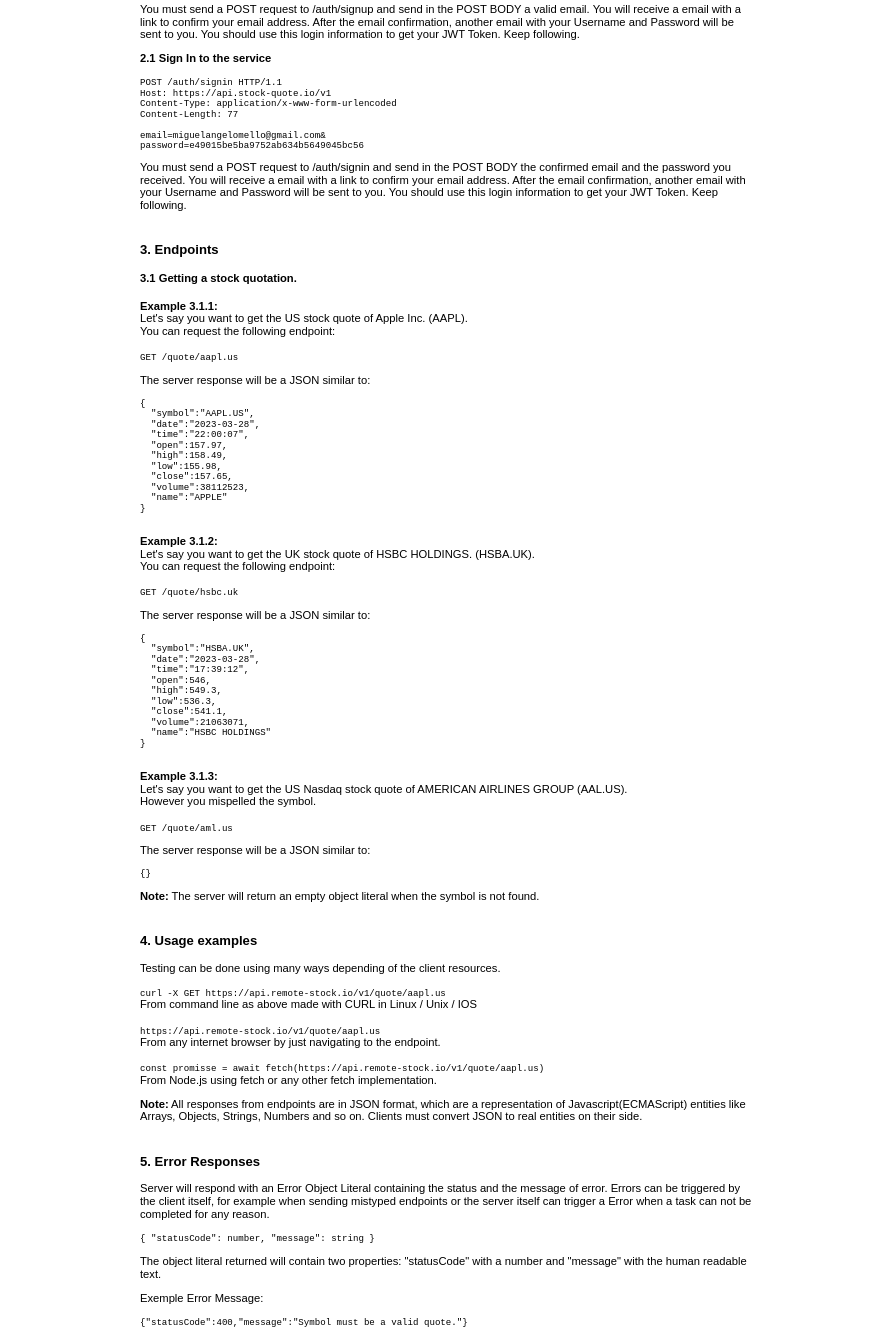
Repository: miguelamello/nest-js
Page: stock-service/documentation.html
The author's editor kept a copy of each file at every save. The page is drawn from the files as they stood at one save, then again after a run of saves.
The browser window is 1280 px wide. The pictures show the part of the page from y = 579 to 2499 px (the page is 2695 px tall before and 2659 px after), at 70% of full size.

Above is the page before, as saved 2023-04-01 16:04:32.

After the next 2 saves:
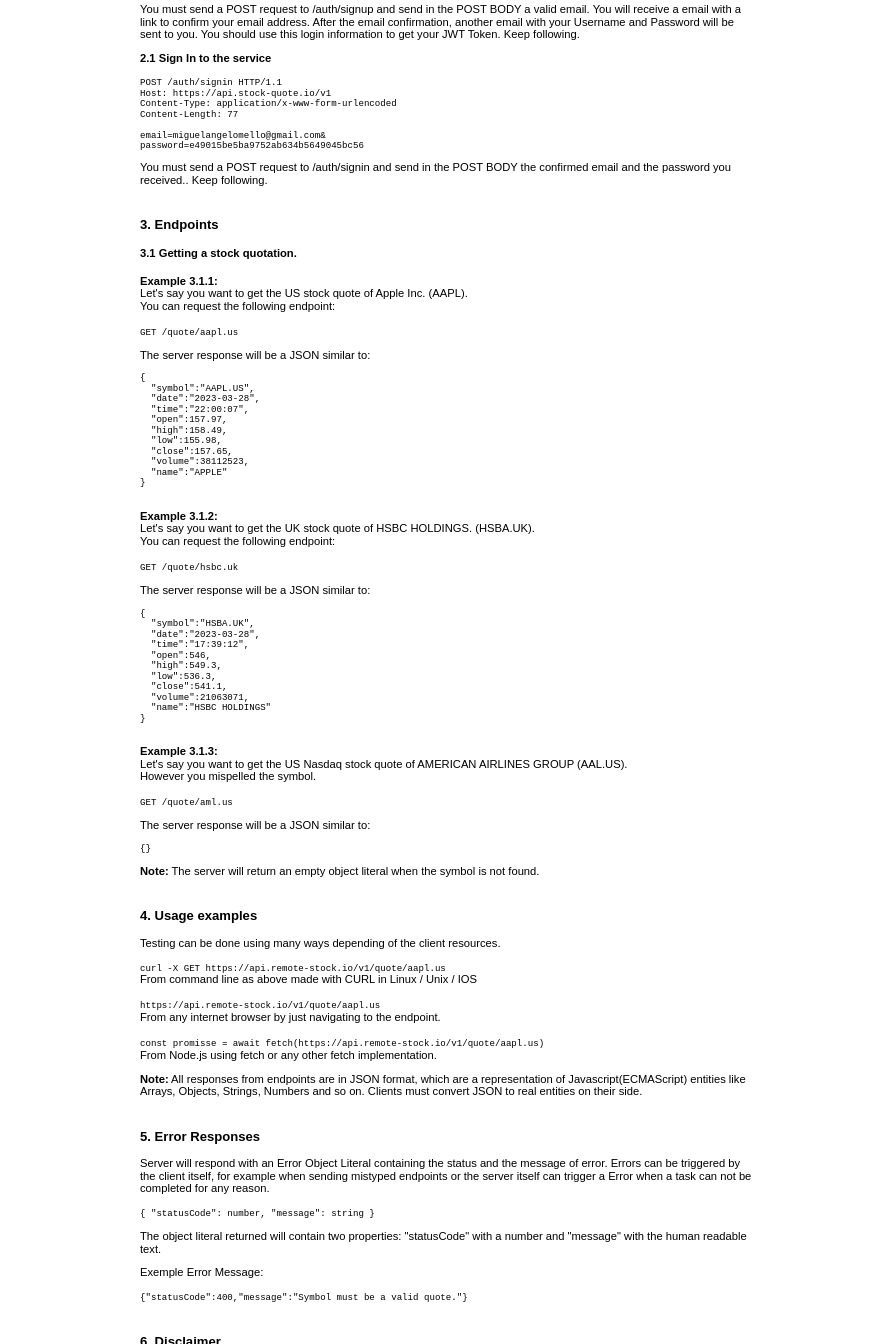
The 2 saves are shown as one change because they came seconds apart.
The last was saved 23 s later.
--- a/stock-service/documentation.html
+++ b/stock-service/documentation.html
@@ -69,10 +69,7 @@ password=e49015be5ba9752ab634b5649045bc56
     </pre>
 
     <div>You must send a POST request to /auth/signin and send in the POST BODY the confirmed email and
-      the password you received.
-      You will receive a email with a link to confirm your email address. After the email confirmation,
-      another email with your Username and Password will be sent to you. You should use this login
-      information to get your JWT Token. Keep following.</div>
+      the password you received.. Keep following.</div>
     </div>
   </p>
 
